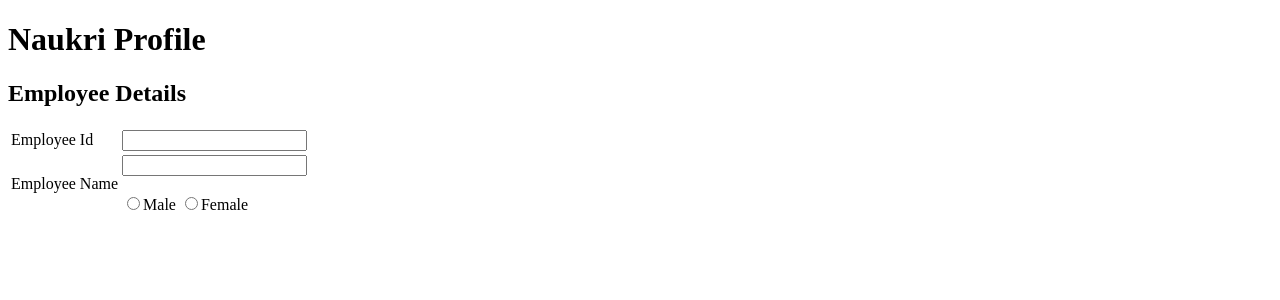
Repository: Ravikumarh6166/my-first-repo
Page: filterapp/src/main/webapp/registrationform.html
The author's editor kept a copy of each file at every save. The page is drawn from the files as they stood at one save, then again after the next save.
The browser window is 1280 px wide. The pictures show the whole page.

Above is the page before, as saved 2022-08-30 06:50:07.

### filterapp/src/main/webapp/registrationform.html
<!DOCTYPE html>
<html>
<head>
<meta charset="UTF-8">
<title>Insert title here</title>
</head>
<body>
<h1>Naukri Profile</h1>
<h2>Employee Details</h2>
<form action="./reg" method="post">
<table>
<tr>
<td>Employee Id</td>
<td><input type="text" name="eid"></td>
</tr>

<tr>
<td>Employee Name</td>
<td><input type="text" name="ename"><br><br>
<input type="radio"  value="Male">Male
<input type="radio"  value="Female">Female
</td>
</tr>


</table>
</form>
</body>
</html>

After the next save:
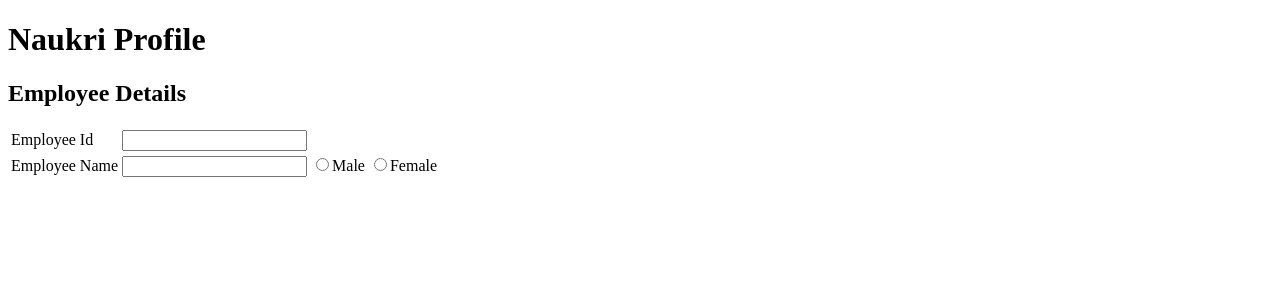
Saved 18 s later.
--- a/filterapp/src/main/webapp/registrationform.html
+++ b/filterapp/src/main/webapp/registrationform.html
@@ -16,7 +16,7 @@
 
 <tr>
 <td>Employee Name</td>
-<td><input type="text" name="ename"><br><br>
+<td><input type="text" name="ename">
 <input type="radio"  value="Male">Male
 <input type="radio"  value="Female">Female
 </td>
